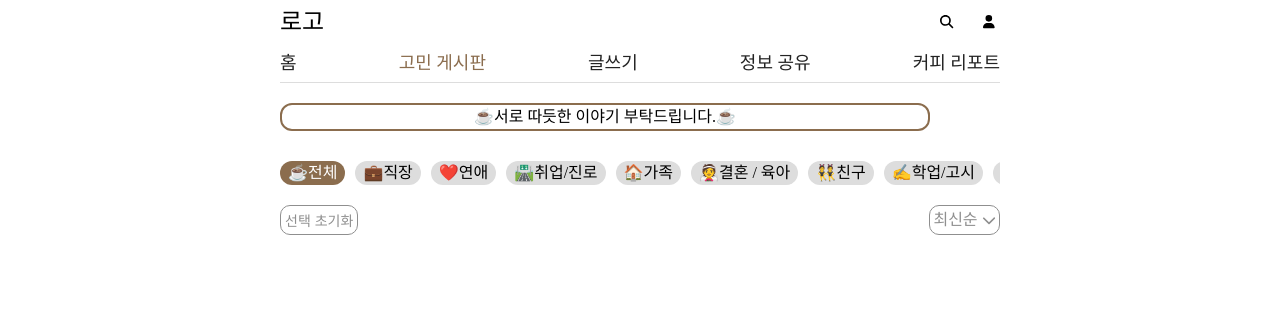
Repository: zlazlazla35/coffee
Page: /list
The author's editor kept a copy of each file at every save. The page is drawn from the files as they stood at one save, then again after the next save.
The browser window is 1280 px wide. The pictures show the whole page.
Some web fonts or font styles are not loaded; a fallback is used. The project was rebuilt for these pictures with package versions that can differ from the ones it lists, and the page was loaded fresh each time. The framework's server and built-in components were replaced by stand-ins that run in the browser. Also part of the build but not shown: next.config.mjs.

Above is the page before, as saved 2024-12-26 20:55:15.

After the next save:
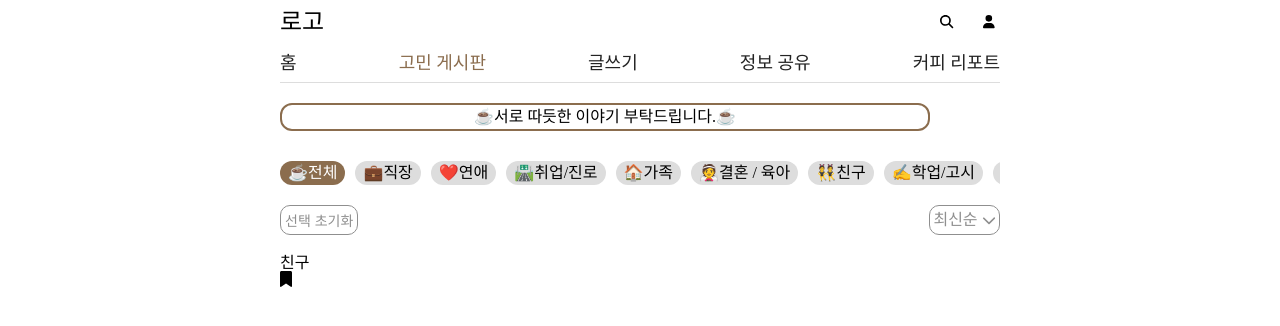
Saved 2 min 34 s later.
--- a/src/app/list/page.js
+++ b/src/app/list/page.js
@@ -1,7 +1,7 @@
 'use client'
 import { useEffect, useRef, useState } from "react"
 import { FontAwesomeIcon } from '@fortawesome/react-fontawesome'
-import { faChevronDown } from '@fortawesome/free-solid-svg-icons'
+import { faChevronDown, faBookmark } from '@fortawesome/free-solid-svg-icons'
 
 export default function List() {
     let [tagList, setTagList] = useState(['☕전체', '💼직장', '❤️연애', '🛣️취업/진로', '🏠가족', '👰결혼 / 육아', '👯친구', '✍️학업/고시', '🚫중독', '💰사업 / 금전', '💉질병 / 질환']);
@@ -90,8 +90,14 @@ export default function List() {
                     }
                 </div>
             </div>
+            <div className="list_card">
+                <div className="list_card_top">
+                    <span className="title">친구</span>
+                    <div>
+                        <FontAwesomeIcon icon={faBookmark} />
+                    </div>
+                </div>
+            </div>
         </div>
     )
 }
-
-//
